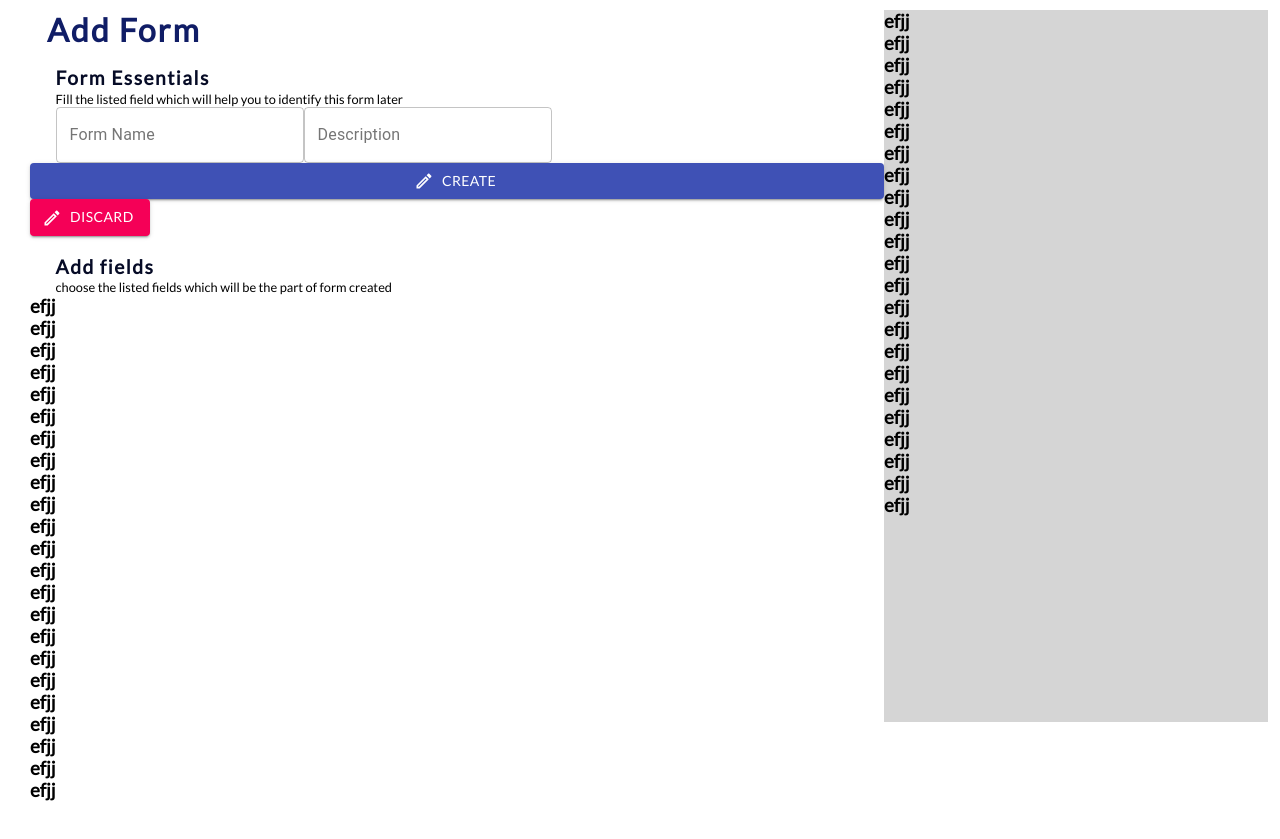
Repository: Architjain128/df
Page: /add
These files come from the project's save history. The page is drawn as it stood at one moment and after the next save; the edit follows.
The browser window is 1280 px wide. The pictures show the whole page.
The project was rebuilt for these pictures with package versions that can differ from the ones it lists, and the page was loaded fresh each time. Also part of the build but not shown: src/App.css, src/dftable.js, src/dataForm.js.

Above is the page before, as saved 2021-06-25 16:04:12.

After the next save:
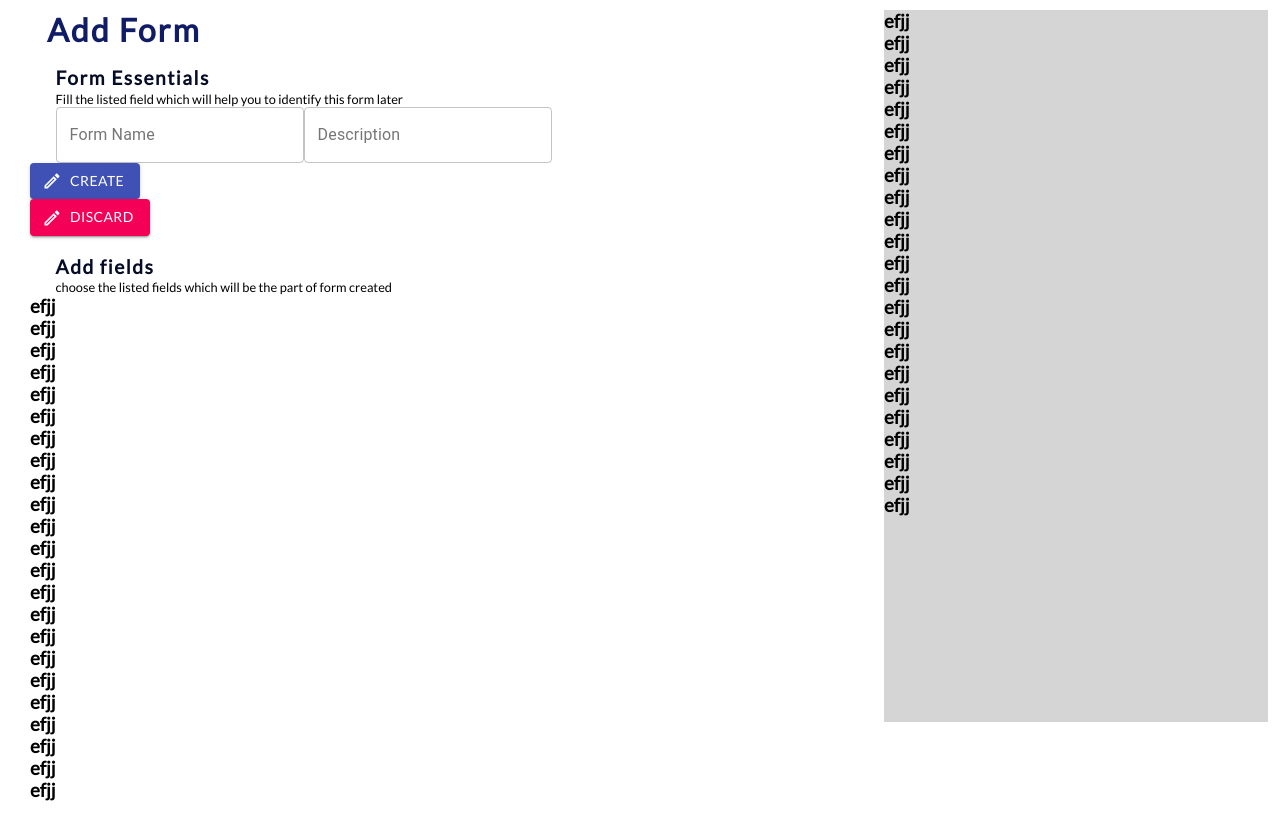
Saved 20 s later.
--- a/src/dataForm.css
+++ b/src/dataForm.css
@@ -98,12 +98,7 @@
   display: inline;
   justify-content: space-around;
 }
-.df-form-ess TextField{
-  flex-grow: 5;
-}
-.df-form-ess Button{
-  flex-grow: 1;
-}
+
 #outlined-basic{
   font-size: medium;
   width: 100%;
